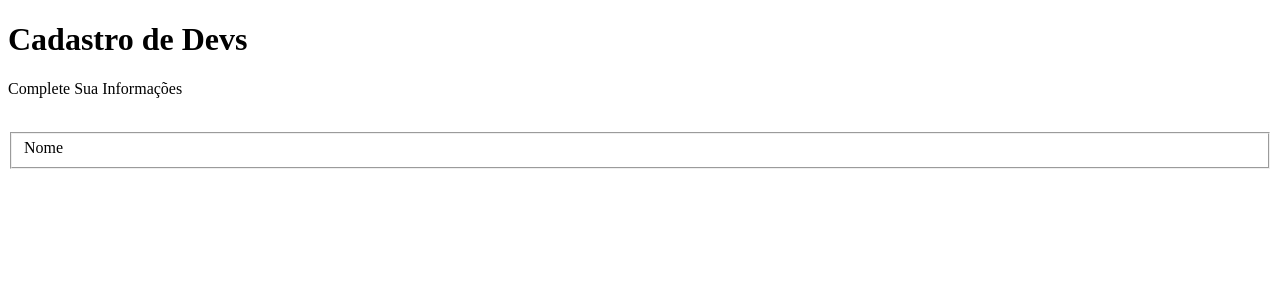
Repository: 2020francesco/formulario
Page: formulario.html
These files come from the project's save history. The page is drawn as it stood at one moment and after a run of saves; the edit follows.
The browser window is 1280 px wide. The pictures show the whole page.

Above is the page before, as saved 2021-04-20 10:52:16.

After the next 6 saves:
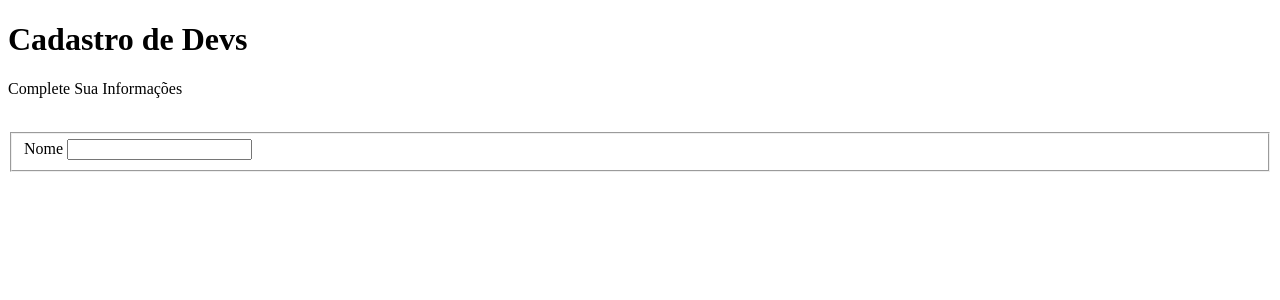
The 6 saves are shown as one change because they came seconds apart.
The last was saved 15 s later.
--- a/formulario.html
+++ b/formulario.html
@@ -18,7 +18,7 @@
       <fieldset>
         <div>
           <label>Nome</label>
-
+          <input type="text"
         </div>
       </fieldset>
     </form>
